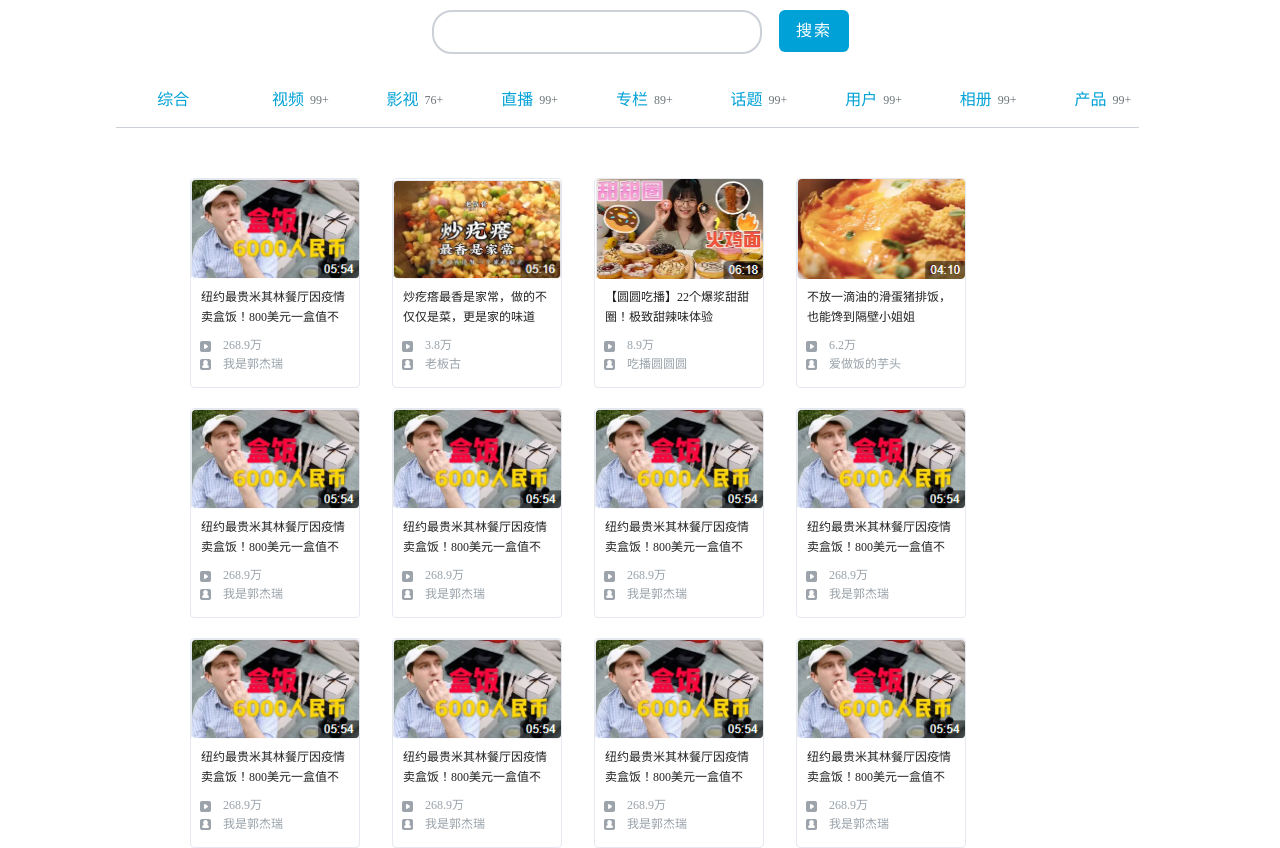
Repository: red-code-yl/web-project
Page: doc/food.html
The author's editor kept a copy of each file at every save. The page is drawn from the files as they stood at one save, then again after the next save.
The browser window is 1280 px wide. The pictures show the whole page.

Above is the page before, as saved 2020-06-18 16:50:55.

### doc/food.html
<!DOCTYPE html>
<html lang="en">
<head>
    <meta charset="UTF-8">
    <meta name="viewport" content="width=device-width, initial-scale=1.0">
    <title>美食</title>
    <link  rel="stylesheet"   href="../css/food.css" />
</head>
<body>
    <div id="search" class="search">
        <div class="contain">
            <div class="head-contain">
                <div class="search-top">
                    <div class="search-block">
                        <div class="search-input">
                            <input id="search-keyword" type="text" maxlength="100" autocomplete="off">
                        </div>
                        <div class="search-button">
                            <span class="search-text">搜索</span>
                        </div>

                    </div>
                </div>
                <div class="navigator">
                    <div class="nav-1">
                        <div class="fenlei">
                            <ul class="fenlei-list">
                                <li class="fenlei-list-1" style="height: 56px;line-height: 56px;width: 11.11%;">
                                    <a href="#">综合</a>
                                    <span></span>
                                </li>
                                <li class="fenlei-list-1" style="height: 56px;line-height: 56px;width: 11.11%;">
                                    <a href="#">视频<span>99+</span></a>

                                </li>
                                <li class="fenlei-list-1" style="height: 56px;line-height: 56px;width: 11.11%;">
                                    <a href="#">影视<span>76+</span></a>

                                </li>
                                <li class="fenlei-list-1" style="height: 56px;line-height: 56px;width: 11.11%;">
                                    <a href="#">直播<span>99+</span></a>

                                </li>
                                <li class="fenlei-list-1" style="height: 56px;line-height: 56px;width: 11.11%;">
                                    <a href="#">专栏<span>89+</span></a>

                                </li>
                                <li class="fenlei-list-1" style="height: 56px;line-height: 56px;width: 11.11%;">
                                    <a href="#">话题<span>99+</span></a>

                                </li>
                                <li class="fenlei-list-1" style="height: 56px;line-height: 56px;width: 11.11%;">
                                    <a href="#">用户<span>99+</span></a>

                                </li>
                                <li class="fenlei-list-1" style="height: 56px;line-height: 56px;width: 11.11%;">
                                    <a href="#">相册<span>99+</span></a>

                                </li>
                                <li class="fenlei-list-1" style="height: 56px;line-height: 56px;width: 11.11%;">
                                    <a href="#">产品<span>99+</span></a>
                                </li>
                            </ul>
                        </div>
                    </div>
                </div>
            </div>
            <div class="body-contain">
                <div class="all-list">
                    <ul class="video-list">
                        <li class="video-list-part">
                            <a href="#" title="" target="_blank" class="list-part-1">
                                <div class="img">
                                    <div class="lazy-img">
                                        <img alt src="../img/img-list1.png">
                                    </div>

                                </div>
                            </a>
                            <div class="list-text">
                                <div class="list-title">
                                    <a title="" href="#" target="_blank" class="title-1">
                                        纽约最贵米其林餐厅因疫情卖盒饭！800美元一盒值不值？
                                    </a>
                                </div>
                                <div class="tags">
                                    <span class="play" title="观看">
                                        <i class="playcount"></i>
                                        268.9万
                                    </span>
                                    <br/>
                                    <span class="play2" title="up主">
                                        <i class="play-uper"></i>
                                        <a href="#" target="_blank" class="up-name">
                                            我是郭杰瑞
                                        </a>
                                    </span>
                                </div>
                            </div>
                        </li>
                        <li class="video-list-part">
                            <a href="#" title="" target="_blank" class="list-part-1">
                                <div class="img">
                                    <div class="lazy-img">
                                        <img alt src="../img/img-list2.png">
                                    </div>

                                </div>
                            </a>
                            <div class="list-text">
                                <div class="list-title">
                                    <a title="" href="#" target="_blank" class="title-1">
                                        炒疙瘩最香是家常，做的不仅仅是菜，更是家的味道
                                    </a>
                                </div>
                                <div class="tags">
                                    <span class="play" title="观看">
                                        <i class="playcount"></i>
                                        3.8万
                                    </span>
                                    <br/>
                                    <span class="play2" title="up主">
                                        <i class="play-uper"></i>
                                        <a href="#" target="_blank" class="up-name">
                                            老板古
                                        </a>
                                    </span>
                                </div>
                            </div>
                        </li>
                        <li class="video-list-part">
                            <a href="#" title="" target="_blank" class="list-part-1">
                                <div class="img">
                                    <div class="lazy-img">
                                        <img alt src="../img/img-list3.png">
                                    </div>

                                </div>
                            </a>
                            <div class="list-text">
                                <div class="list-title">
                                    <a title="" href="#" target="_blank" class="title-1">
                                        【圆圆吃播】22个爆浆甜甜圈！极致甜辣味体验
                                    </a>
                                </div>
                                <div class="tags">
                                    <span class="play" title="观看">
                                        <i class="playcount"></i>
                                        8.9万
                                    </span>
                                    <br/>
                                    <span class="play2" title="up主">
                                        <i class="play-uper"></i>
                                        <a href="#" target="_blank" class="up-name">
                                            吃播圆圆圆
                                        </a>
                                    </span>
                                </div>
                            </div>
                        </li>
                        <li class="video-list-part">
                            <a href="#" title="" target="_blank" class="list-part-1">
                                <div class="img">
                                    <div class="lazy-img">
                                        <img alt src="../img/img-list4.png">
                                    </div>

                                </div>
                            </a>
                            <div class="list-text">
                                <div class="list-title">
                                    <a title="" href="#" target="_blank" class="title-1">
                                        不放一滴油的滑蛋猪排饭，也能馋到隔壁小姐姐
                                    </a>
                                </div>
                                <div class="tags">
                                    <span class="play" title="观看">
                                        <i class="playcount"></i>
                                        6.2万
                                    </span>
                                    <br/>
                                    <span class="play2" title="up主">
                                        <i class="play-uper"></i>
                                        <a href="#" target="_blank" class="up-name">
                                            爱做饭的芋头
                                        </a>
                                    </span>
                                </div>
                            </div>
                        </li>
                        <li class="video-list-part">
                            <a href="#" title="" target="_blank" class="list-part-1">
                                <div class="img">
                                    <div class="lazy-img">
                                        <img alt src="../img/img-list1.png">
                                    </div>

                                </div>
                            </a>
                            <div class="list-text">
                                <div class="list-title">
                                    <a title="" href="#" target="_blank" class="title-1">
                                        纽约最贵米其林餐厅因疫情卖盒饭！800美元一盒值不值？
                                    </a>
                                </div>
                                <div class="tags">
                                    <span class="play" title="观看">
                                        <i class="playcount"></i>
                                        268.9万
                                    </span>
                                    <br/>
                                    <span class="play2" title="up主">
                                        <i class="play-uper"></i>
                                        <a href="#" target="_blank" class="up-name">
                                            我是郭杰瑞
                                        </a>
                                    </span>
                                </div>
                            </div>
                        </li>
                        <li class="video-list-part">
                            <a href="#" title="" target="_blank" class="list-part-1">
                                <div class="img">
                                    <div class="lazy-img">
                                        <img alt src="../img/img-list1.png">
                                    </div>

                                </div>
                            </a>
                            <div class="list-text">
                                <div class="list-title">
                                    <a title="" href="#" target="_blank" class="title-1">
                                        纽约最贵米其林餐厅因疫情卖盒饭！800美元一盒值不值？
                                    </a>
                                </div>
                                <div class="tags">
                                    <span class="play" title="观看">
                                        <i class="playcount"></i>
                                        268.9万
                                    </span>
                                    <br/>
                                    <span class="play2" title="up主">
                                        <i class="play-uper"></i>
                                        <a href="#" target="_blank" class="up-name">
                                            我是郭杰瑞
                                        </a>
                                    </span>
                                </div>
                            </div>
                        </li>
                        <li class="video-list-part">
                            <a href="#" title="" target="_blank" class="list-part-1">
                                <div class="img">
                                    <div class="lazy-img">
                                        <img alt src="../img/img-list1.png">
                                    </div>

                                </div>
                            </a>
                            <div class="list-text">
                                <div class="list-title">
                                    <a title="" href="#" target="_blank" class="title-1">
                                        纽约最贵米其林餐厅因疫情卖盒饭！800美元一盒值不值？
                                    </a>
                                </div>
                                <div class="tags">
                                    <span class="play" title="观看">
                                        <i class="playcount"></i>
                                        268.9万
                                    </span>
                                    <br/>
                                    <span class="play2" title="up主">
                                        <i class="play-uper"></i>
                                        <a href="#" target="_blank" class="up-name">
                                            我是郭杰瑞
                                        </a>
                                    </span>
                                </div>
                            </div>
                        </li>
                        <li class="video-list-part">
                            <a href="#" title="" target="_blank" class="list-part-1">
                                <div class="img">
                                    <div class="lazy-img">
                                        <img alt src="../img/img-list1.png">
                                    </div>

                                </div>
                            </a>
                            <div class="list-text">
                                <div class="list-title">
                                    <a title="" href="#" target="_blank" class="title-1">
                                        纽约最贵米其林餐厅因疫情卖盒饭！800美元一盒值不值？
                                    </a>
                                </div>
                                <div class="tags">
                                    <span class="play" title="观看">
                                        <i class="playcount"></i>
                                        268.9万
                                    </span>
                                    <br/>
                                    <span class="play2" title="up主">
                                        <i class="play-uper"></i>
                                        <a href="#" target="_blank" class="up-name">
                                            我是郭杰瑞
                                        </a>
                                    </span>
                                </div>
                            </div>
                        </li>
                        <li class="video-list-part">
                            <a href="#" title="" target="_blank" class="list-part-1">
                                <div class="img">
                                    <div class="lazy-img">
                                        <img alt src="../img/img-list1.png">
                                    </div>

                                </div>
                            </a>
                            <div class="list-text">
                                <div class="list-title">
                                    <a title="" href="#" target="_blank" class="title-1">
                                        纽约最贵米其林餐厅因疫情卖盒饭！800美元一盒值不值？
                                    </a>
                                </div>
                                <div class="tags">
                                    <span class="play" title="观看">
                                        <i class="playcount"></i>
                                        268.9万
                                    </span>
                                    <br/>
                                    <span class="play2" title="up主">
                                        <i class="play-uper"></i>
                                        <a href="#" target="_blank" class="up-name">
                                            我是郭杰瑞
                                        </a>
                                    </span>
                                </div>
                            </div>
                        </li>
                        <li class="video-list-part">
                            <a href="#" title="" target="_blank" class="list-part-1">
                                <div class="img">
                                    <div class="lazy-img">
                                        <img alt src="../img/img-list1.png">
                                    </div>

                                </div>
                            </a>
                            <div class="list-text">
                                <div class="list-title">
                                    <a title="" href="#" target="_blank" class="title-1">
                                        纽约最贵米其林餐厅因疫情卖盒饭！800美元一盒值不值？
                                    </a>
                                </div>
                                <div class="tags">
                                    <span class="play" title="观看">
                                        <i class="playcount"></i>
                                        268.9万
                                    </span>
                                    <br/>
                                    <span class="play2" title="up主">
                                        <i class="play-uper"></i>
                                        <a href="#" target="_blank" class="up-name">
                                            我是郭杰瑞
                                        </a>
                                    </span>
                                </div>
                            </div>
                        </li>
                        <li class="video-list-part">
                            <a href="#" title="" target="_blank" class="list-part-1">
                                <div class="img">
                                    <div class="lazy-img">
                                        <img alt src="../img/img-list1.png">
                                    </div>

                                </div>
                            </a>
                            <div class="list-text">
                                <div class="list-title">
                                    <a title="" href="#" target="_blank" class="title-1">
                                        纽约最贵米其林餐厅因疫情卖盒饭！800美元一盒值不值？
                                    </a>
                                </div>
                                <div class="tags">
                                    <span class="play" title="观看">
                                        <i class="playcount"></i>
                                        268.9万
                                    </span>
                                    <br/>
                                    <span class="play2" title="up主">
                                        <i class="play-uper"></i>
                                        <a href="#" target="_blank" class="up-name">
                                            我是郭杰瑞
                                        </a>
                                    </span>
                                </div>
                            </div>
                        </li>
                        <li class="video-list-part">
                            <a href="#" title="" target="_blank" class="list-part-1">
                                <div class="img">
                                    <div class="lazy-img">
                                        <img alt src="../img/img-list1.png">
                                    </div>

                                </div>
                            </a>
                            <div class="list-text">
                                <div class="list-title">
                                    <a title="" href="#" target="_blank" class="title-1">
                                        纽约最贵米其林餐厅因疫情卖盒饭！800美元一盒值不值？
                                    </a>
                                </div>
                                <div class="tags">
                                    <span class="play" title="观看">
                                        <i class="playcount"></i>
                                        268.9万
                                    </span>
                                    <br/>
                                    <span class="play2" title="up主">
                                        <i class="play-uper"></i>
                                        <a href="#" target="_blank" class="up-name">
                                            我是郭杰瑞
                                        </a>
                                    </span>
                                </div>
                            </div>
                        </li>
                    </ul>
                </div>
            </div>
        </div>
    </div>
</body>
</html>

Loaded but not shown: css/food.css (235 lines, source omitted)

After the next save:
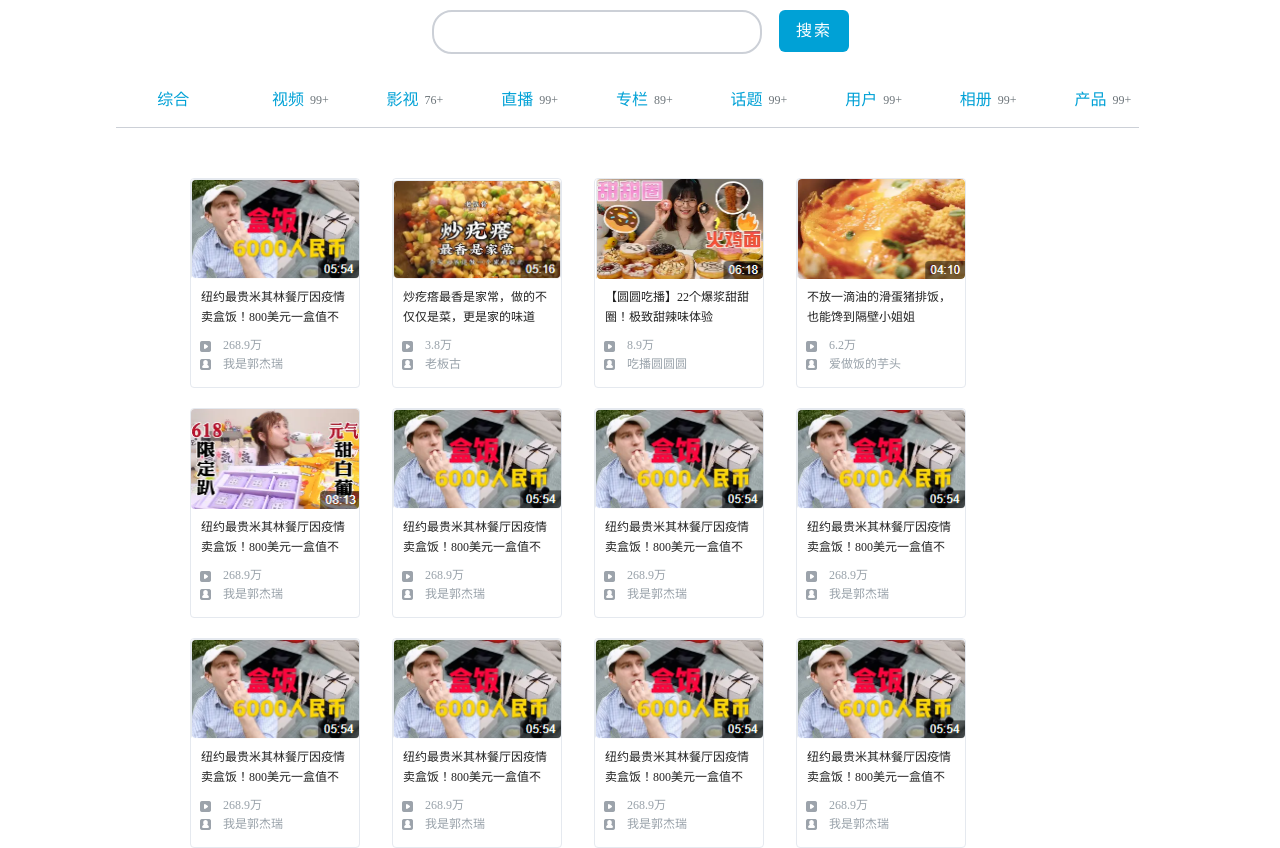
Saved 51 s later.
--- a/doc/food.html
+++ b/doc/food.html
@@ -192,7 +192,7 @@
                             <a href="#" title="" target="_blank" class="list-part-1">
                                 <div class="img">
                                     <div class="lazy-img">
-                                        <img alt src="../img/img-list1.png">
+                                        <img alt src="../img/img-list5.png">
                                     </div>
 
                                 </div>
